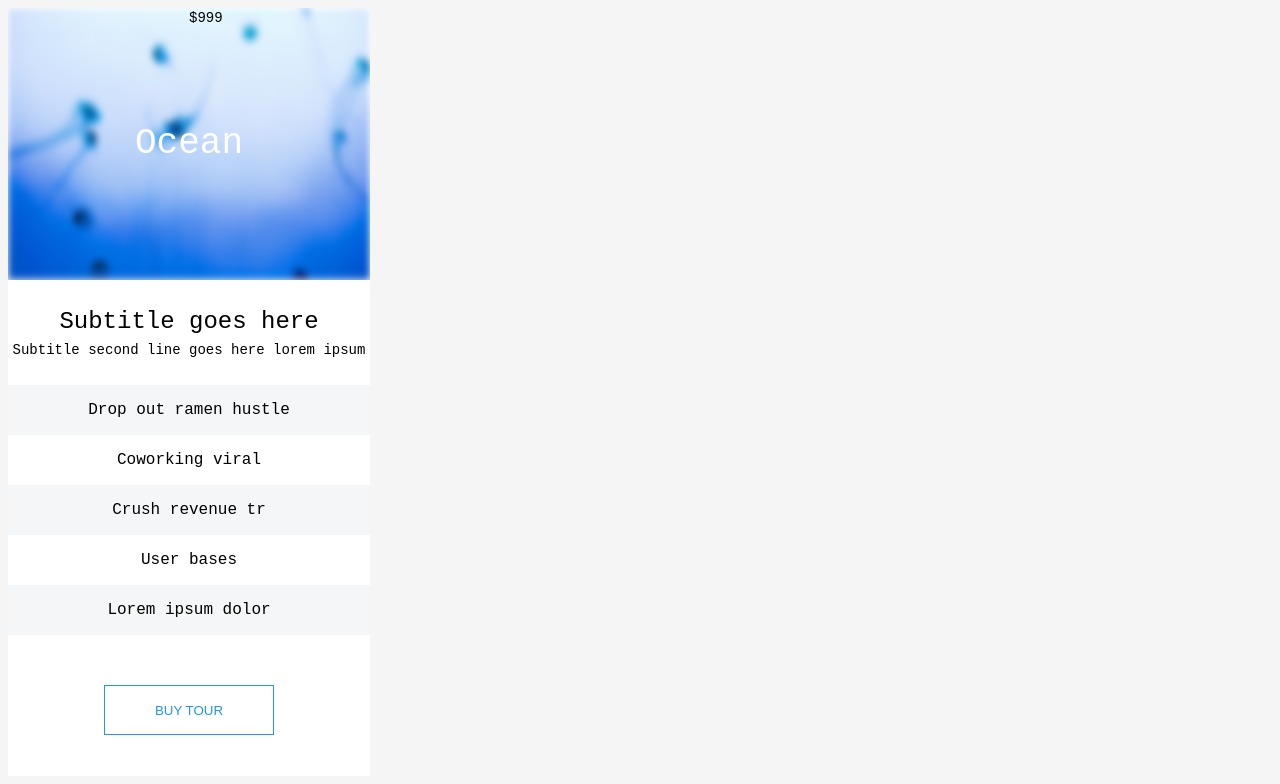
Repository: HoanTiny/pricetable
Page: index.html
An editor plug-in stored every save of this project. The page is shown before and after the next save, followed by the edit.
The browser window is 1280 px wide. The pictures show the whole page.

Above is the page before, as saved 2022-07-04 10:25:40.

After the next save:
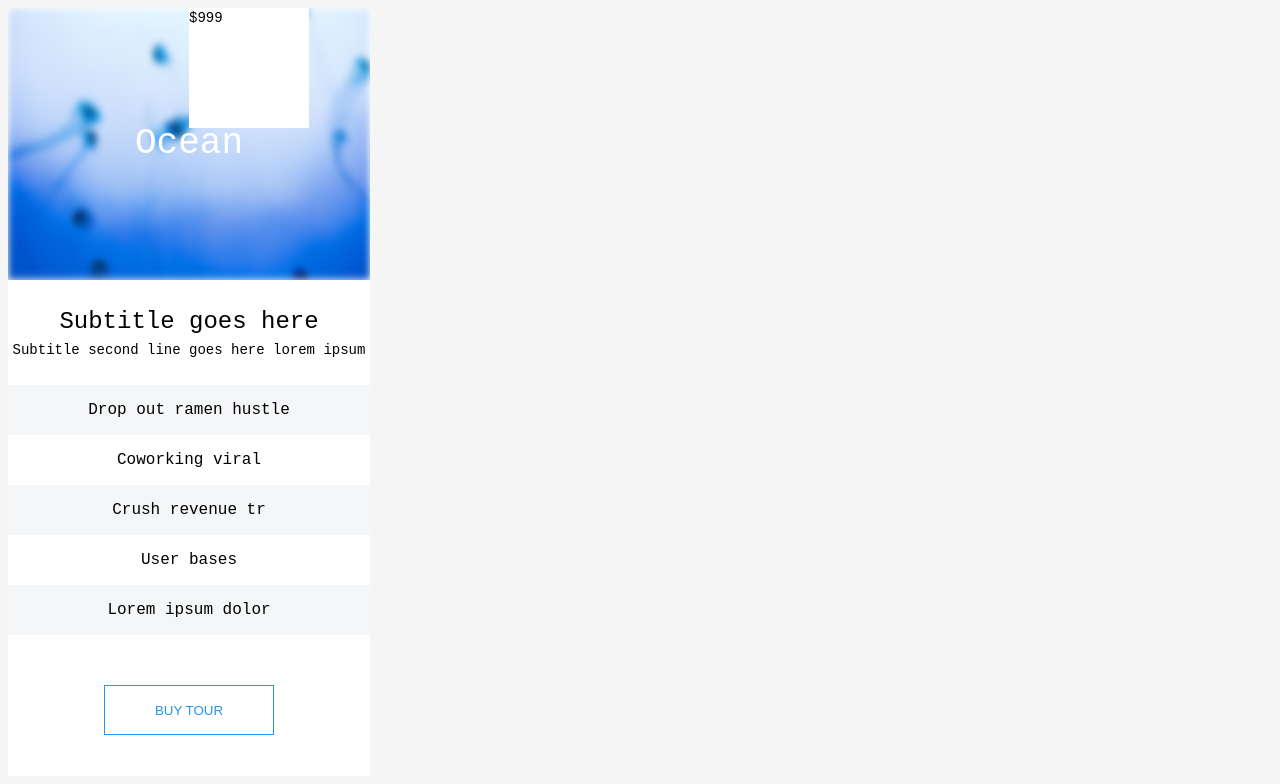
Saved 43 s later.
--- a/assests/css/style.css
+++ b/assests/css/style.css
@@ -88,4 +88,8 @@ img {
     position: absolute;
     top: 0;
     left: 50%;
+    width: 120px;
+    height: 120px;
+    border: radius 50%;
+    background-color: #fff;
 }
